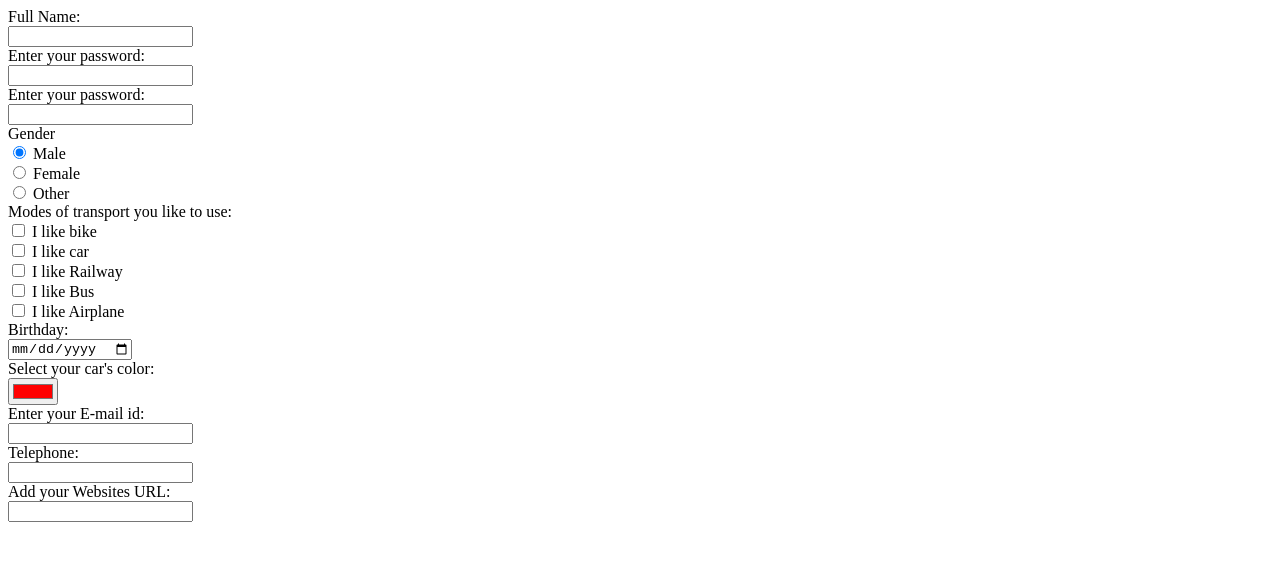
Repository: AdityaParashar93/Homework1_CMPE273
Page: CMPE273/Refresher_JS/WebContent/InputTypes.html
The author's editor kept a copy of each file at every save. The page is drawn from the files as they stood at one save, then again after the next save.
The browser window is 1280 px wide. The pictures show the whole page.

Above is the page before, as saved 2016-09-16 05:49:27.

After the next save:
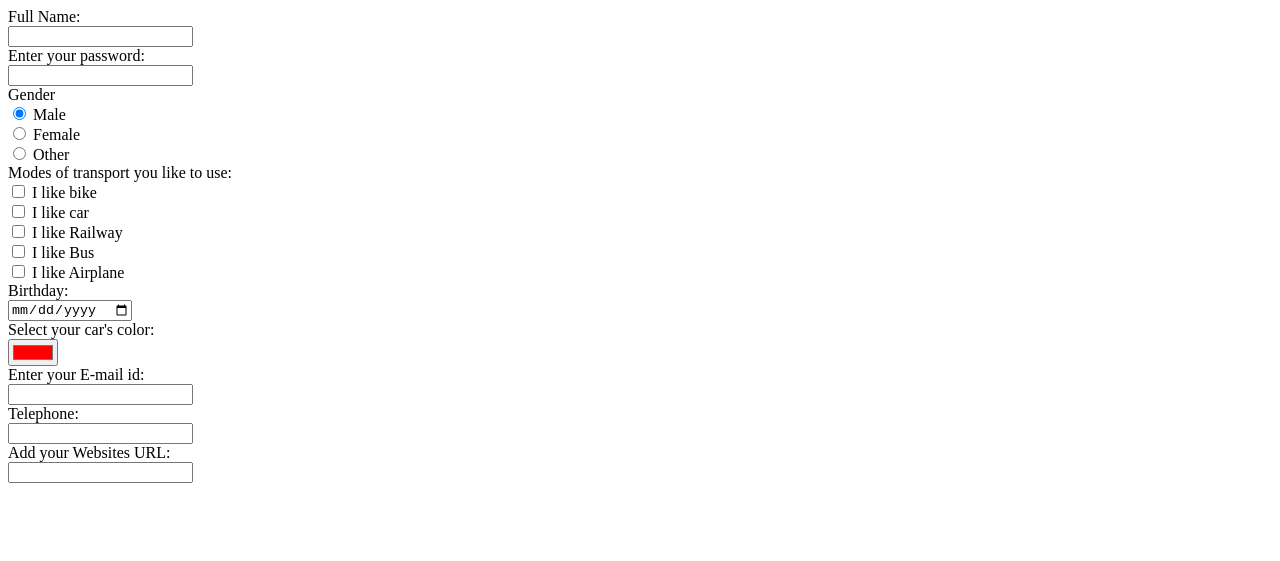
Saved 58 s later.
--- a/CMPE273/Refresher_JS/WebContent/InputTypes.html
+++ b/CMPE273/Refresher_JS/WebContent/InputTypes.html
@@ -7,11 +7,9 @@
 <body>
 <form>
 Full Name:<br>
-<input type="text" name="fullname"><br>
+<input type="text" name="fullname" required><br>
 Enter your password:<br>
-<input type="password" name="password"><br>
-Enter your password:<br>
-<input type="password" name="password"><br>
+<input type="password" name="password" required><br>
 Gender<br>
 <input type="radio" name="gender" value="male" checked> Male<br>
 <input type="radio" name="gender" value="female"> Female<br>
